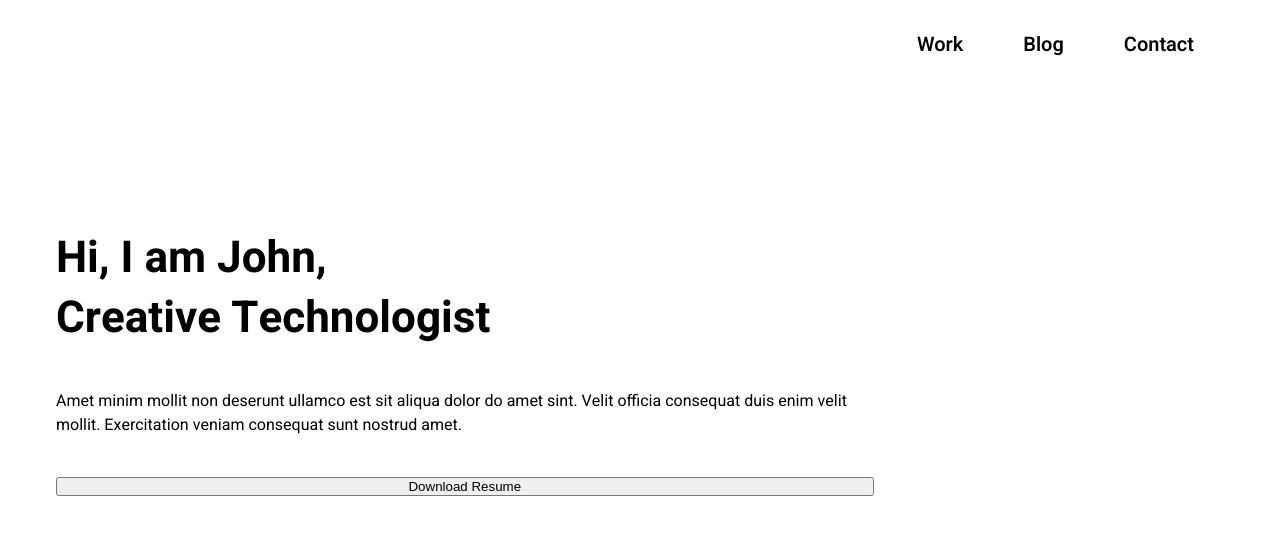
Repository: sharma171/portfolio
Page: /
The author's editor kept a copy of each file at every save. The page is drawn from the files as they stood at one save, then again after the next save.
The browser window is 1280 px wide. The pictures show the whole page.
The project was rebuilt for these pictures with package versions that can differ from the ones it lists, and the page was loaded fresh each time. The framework's server and built-in components were replaced by stand-ins that run in the browser. Also part of the build but not shown: next.config.mjs.

Above is the page before, as saved 2024-06-01 00:09:03.

After the next save:
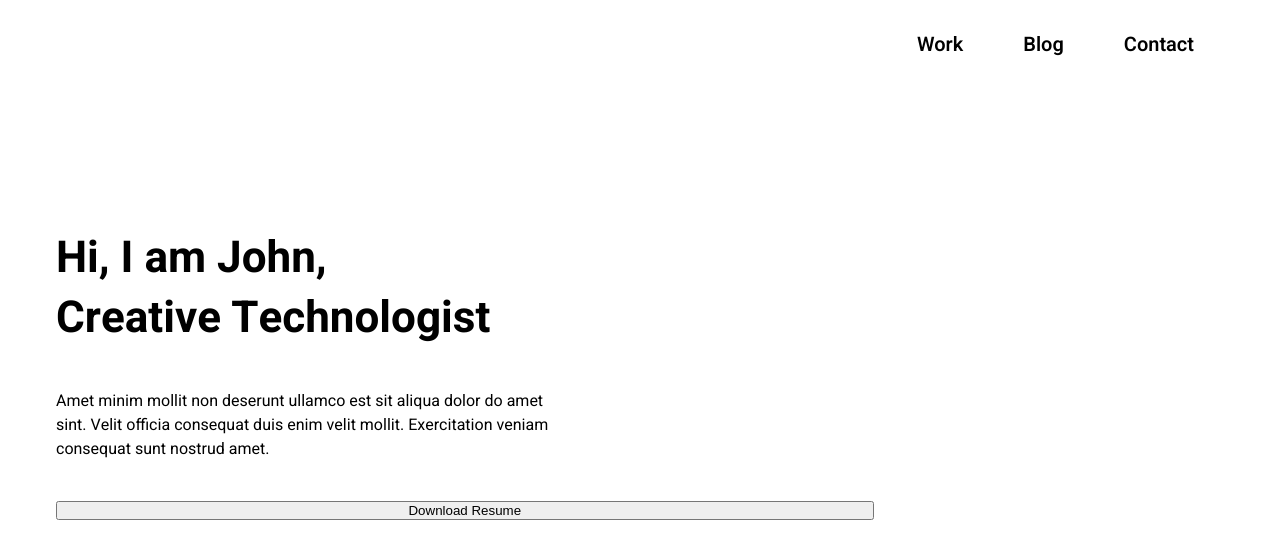
Saved 33 s later.
--- a/src/app/page.css
+++ b/src/app/page.css
@@ -21,6 +21,7 @@
   font-size: 1rem;
   line-height: 1.5rem;
   font-weight: 400;
+  max-width: 500px;
 }
 .hero .hero-rhs {
   width: 30%;
